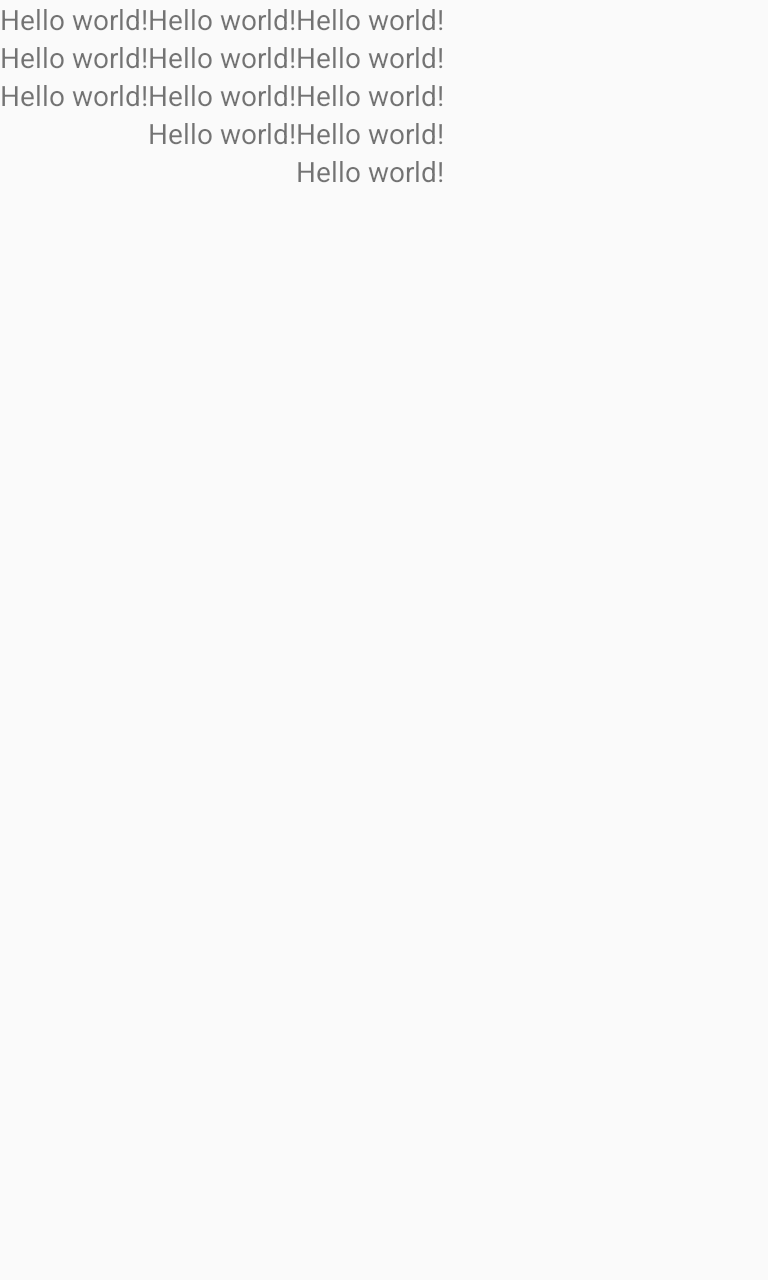
Repository: deyan-yosifov/Android
Layout: Workspace/BouncingBallGame/res/layout/activity_accelerometer_monitor.xml
An editor plug-in stored every save of this project. The layout is shown before and after the next save, followed by the edit.
It is drawn on a 768 x 1280 px phone screen (xhdpi) without system bars, with theme AppTheme; the app's code is not run.

Above is the layout before, as saved 2015-01-03 17:54:37.

### Workspace/BouncingBallGame/res/layout/activity_accelerometer_monitor.xml
<RelativeLayout xmlns:android="http://schemas.android.com/apk/res/android"
    xmlns:tools="http://schemas.android.com/tools"
    android:layout_width="match_parent"
    android:layout_height="match_parent"
    tools:context="${relativePackage}.${activityClass}" >

	<LinearLayout
	    android:layout_width="wrap_content"
        android:layout_height="wrap_content"
        android:orientation="vertical"
        android:id="@+id/acceleromatorValues"
	    >
	    <TextView
	        android:layout_width="wrap_content"
	        android:layout_height="wrap_content"
	        android:id="@+id/accelerometer_x_coordinate_textView"
	        android:text="@string/hello_world" />

	    <TextView
	        android:layout_width="wrap_content"
	        android:layout_height="wrap_content"
	        android:id="@+id/accelerometer_y_coordinate_textView"
	        android:text="@string/hello_world" />

	    <TextView
	        android:layout_width="wrap_content"
	        android:layout_height="wrap_content"
	        android:id="@+id/accelerometer_z_coordinate_textView"
	        android:text="@string/hello_world" />
	</LinearLayout>

	<LinearLayout
	    android:layout_width="wrap_content"
        android:layout_height="wrap_content"
        android:orientation="vertical"
        android:id="@+id/gravityValues"
        android:layout_toRightOf="@id/acceleromatorValues"
	    >
		<TextView
	        android:layout_width="wrap_content"
	        android:layout_height="wrap_content"
	        android:id="@+id/gravity_x_coordinate_textView"
	        android:text="@string/hello_world" />

	    <TextView
	        android:layout_width="wrap_content"
	        android:layout_height="wrap_content"
	        android:id="@+id/gravity_y_coordinate_textView"
	        android:text="@string/hello_world" />

	    <TextView
	        android:layout_width="wrap_content"
	        android:layout_height="wrap_content"
	        android:id="@+id/gravity_z_coordinate_textView"
	        android:text="@string/hello_world" />

	    <TextView
	        android:layout_width="wrap_content"
	        android:layout_height="wrap_content"
	        android:id="@+id/gravity_length_coordinate_textView"
	        android:text="@string/hello_world" />
	</LinearLayout>

	<LinearLayout
	    android:layout_width="wrap_content"
        android:layout_height="wrap_content"
        android:orientation="vertical"
        android:id="@+id/timeValues"
        android:layout_toRightOf="@id/gravityValues"
	    >
	    <TextView
	        android:layout_width="wrap_content"
	        android:layout_height="wrap_content"
	        android:id="@+id/currentTime_textView"
	        android:text="@string/hello_world" />

	    <TextView
	        android:layout_width="wrap_content"
	        android:layout_height="wrap_content"
	        android:id="@+id/currentDeltaTime_textView"
	        android:text="@string/hello_world" />

	    <TextView
	        android:layout_width="wrap_content"
	        android:layout_height="wrap_content"
	        android:id="@+id/averageDeltaTime_textView"
	        android:text="@string/hello_world" />

	    <TextView
	        android:layout_width="wrap_content"
	        android:layout_height="wrap_content"
	        android:id="@+id/minDeltaTime_textView"
	        android:text="@string/hello_world" />

	    <TextView
	        android:layout_width="wrap_content"
	        android:layout_height="wrap_content"
	        android:id="@+id/maxDeltaTime_textView"
	        android:text="@string/hello_world" />
	</LinearLayout>

</RelativeLayout>

### Workspace/BouncingBallGame/res/values/styles.xml
<resources xmlns:android="http://schemas.android.com/apk/res/android">

    <!--
        Base application theme, dependent on API level. This theme is replaced
        by AppBaseTheme from res/values-vXX/styles.xml on newer devices.
    -->
    <style name="FallingRocksFonts" parent="@android:style/TextAppearance.Medium">
        <item name="android:layout_width">wrap_content</item>
        <item name="android:layout_height">wrap_content</item>
        <item name="android:textColor">#FF0000</item>
        <item name="android:background">#00FF00</item>
        <item name="android:padding">10dp</item>
        <item name="android:layout_centerHorizontal">true</item>
    </style>

    <style name="FallingRocksButtons" parent="@android:attr/buttonStyleSmall">
        <item name="android:layout_width">wrap_content</item>
        <item name="android:layout_height">wrap_content</item>
        <item name="android:padding">10dp</item>
        <item name="android:layout_centerHorizontal">true</item>
    </style>

    <style name="AppBaseTheme" parent="Theme.AppCompat.Light">
        <!--
            Theme customizations available in newer API levels can go in
            res/values-vXX/styles.xml, while customizations related to
            backward-compatibility can go here.
        -->

    </style>

    <!-- Application theme. -->
    <style name="AppTheme" parent="AppBaseTheme">
        <!-- All customizations that are NOT specific to a particular API-level can go here. -->
    </style>

</resources>

### Workspace/BouncingBallGame/res/values/strings.xml
<?xml version="1.0" encoding="utf-8"?>
<resources>

    <string name="app_name">Falling Rocks</string>
    <string name="hello_world">Hello world!</string>
    <string name="welcome_header">Welcome to Falling Rocks game!</string>
    <string name="button_play_game">Play the game!</string>
    <string name="action_settings">Settings</string>
    <string name="title_activity_single_player_game">Play game!</string>

</resources>

Loaded but not shown: Workspace/BouncingBallGame/res/values-v11/styles.xml (common file); Workspace/BouncingBallGame/res/values-v14/styles.xml (common file)

After the next save:
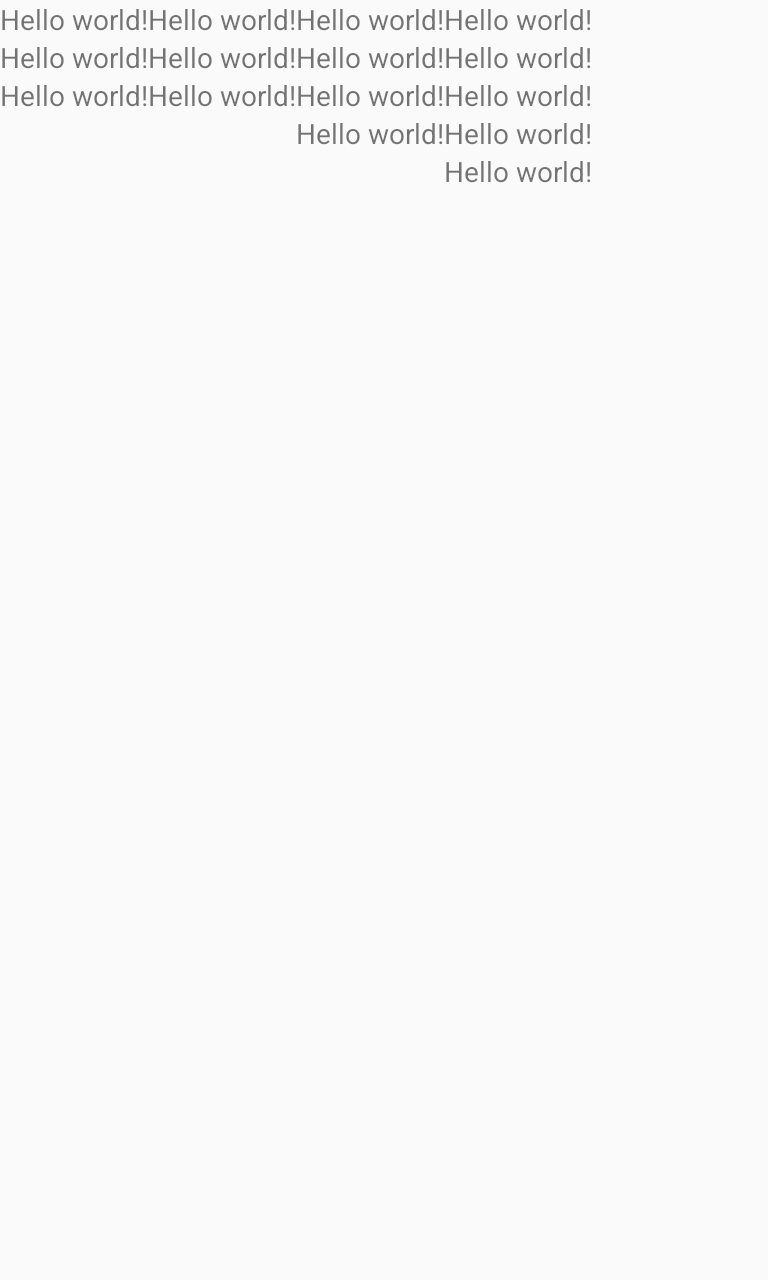
Saved 2 min 26 s later.
--- a/Workspace/BouncingBallGame/res/layout/activity_accelerometer_monitor.xml
+++ b/Workspace/BouncingBallGame/res/layout/activity_accelerometer_monitor.xml
@@ -33,8 +33,34 @@
 	    android:layout_width="wrap_content"
         android:layout_height="wrap_content"
         android:orientation="vertical"
+        android:id="@+id/linearAccelerationValues"
+        android:layout_toRightOf="@id/acceleromatorValues"
+	    >
+		<TextView
+	        android:layout_width="wrap_content"
+	        android:layout_height="wrap_content"
+	        android:id="@+id/linearAcceleration_x_coordinate_textView"
+	        android:text="@string/hello_world" />
+
+	    <TextView
+	        android:layout_width="wrap_content"
+	        android:layout_height="wrap_content"
+	        android:id="@+id/linearAcceleration_y_coordinate_textView"
+	        android:text="@string/hello_world" />
+
+	    <TextView
+	        android:layout_width="wrap_content"
+	        android:layout_height="wrap_content"
+	        android:id="@+id/linearAcceleration_z_coordinate_textView"
+	        android:text="@string/hello_world" />
+	</LinearLayout>
+
+	<LinearLayout
+	    android:layout_width="wrap_content"
+        android:layout_height="wrap_content"
+        android:orientation="vertical"
         android:id="@+id/gravityValues"
-        android:layout_toRightOf="@id/acceleromatorValues"
+        android:layout_toRightOf="@id/linearAccelerationValues"
 	    >
 		<TextView
 	        android:layout_width="wrap_content"
